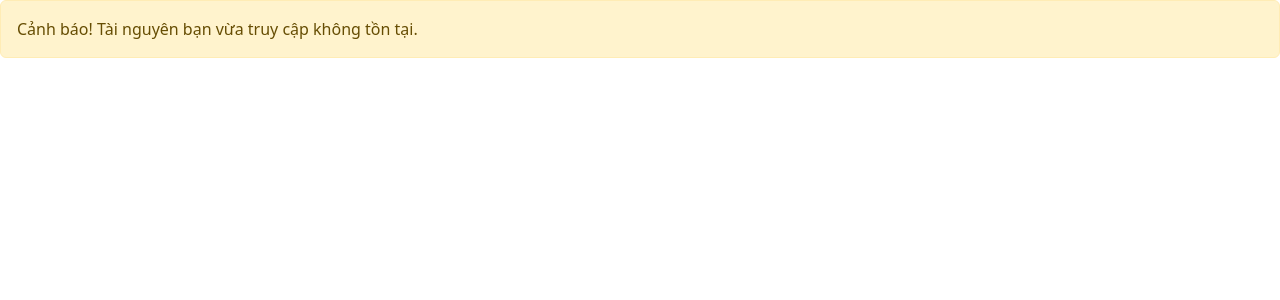
Repository: NPhanA/React2022
Page: / (app in Day 06-React real/exercise/)
The author's editor kept a copy of each file at every save. The page is drawn from the files as they stood at one save, then again after the next save.
The browser window is 1280 px wide. The pictures show the whole page.
The project was rebuilt for these pictures with package versions that can differ from the ones it lists, and the page was loaded fresh each time. Also part of the build but not shown: Day 06-React real/exercise/src/Components/StudentInfo.css.

Above is the page before, as saved 2022-08-01 15:13:33.

After the next save:
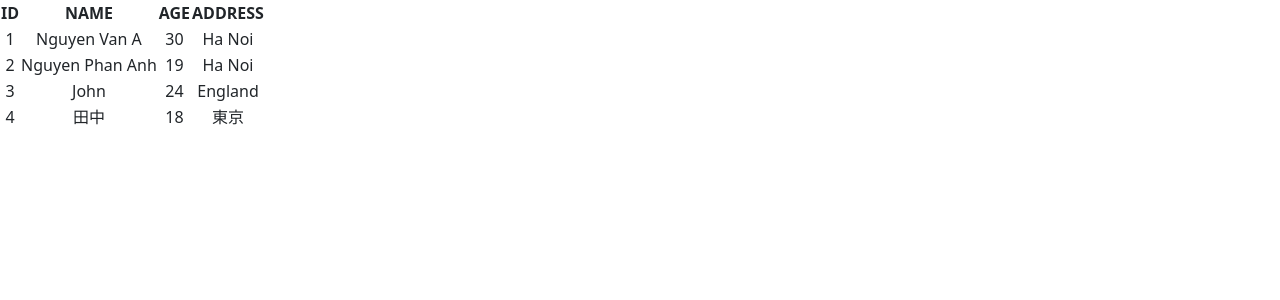
Saved 14 s later.
--- a/Day 06-React real/exercise/src/index.js
+++ b/Day 06-React real/exercise/src/index.js
@@ -8,4 +8,4 @@ import './StudentInfo.css';
 import AlertMe from './Components/Alert';
 const container = document.getElementById('root');
 const root = createRoot(container);
-root.render(<AlertMe content="Cảnh báo! Tài nguyên bạn vừa truy cập không tồn tại." role="alert"></AlertMe>);
+root.render(<StudentInfoTable />);
